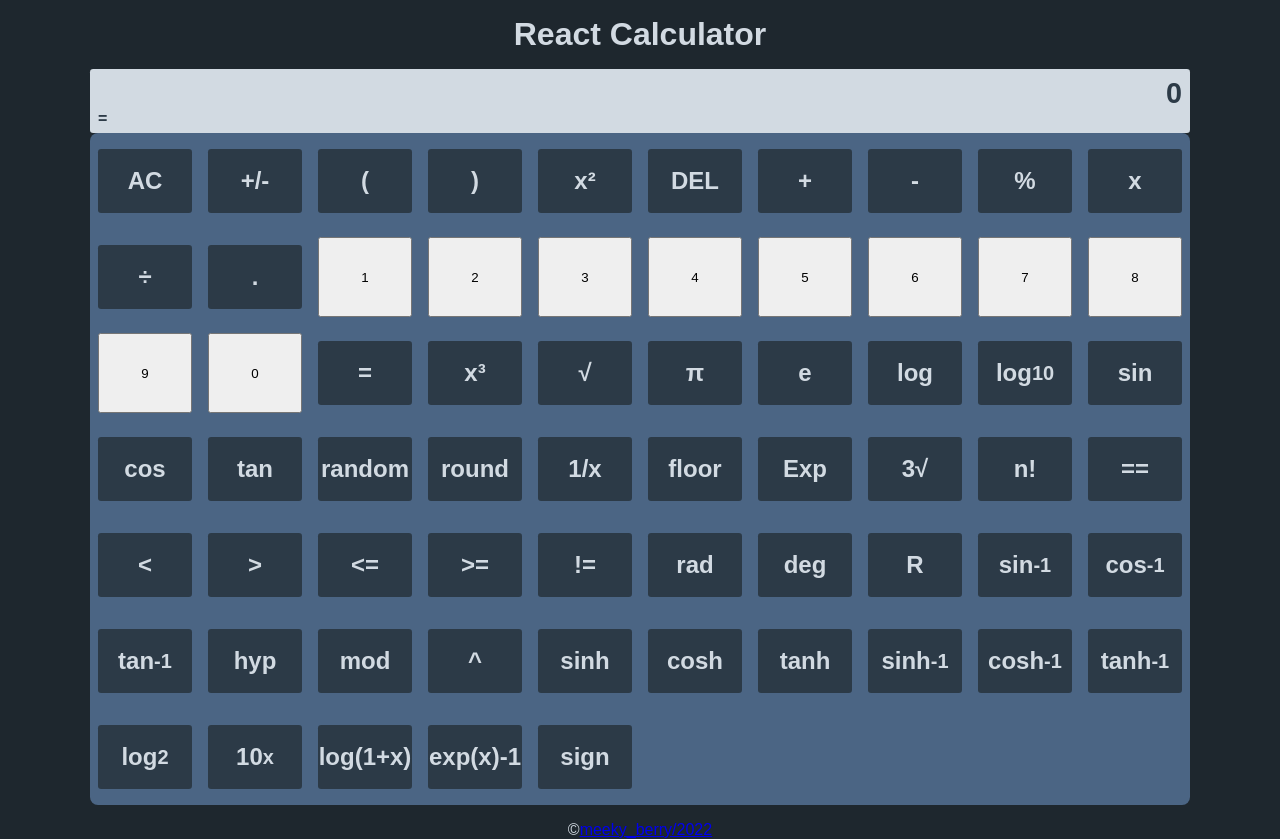
Repository: MikkyPrestige/calculator
Page: /
These files come from the project's save history. The page is drawn as it stood at one moment and after the next save; the edit follows.
The browser window is 1280 px wide. The pictures show the whole page.
The project was rebuilt for these pictures with package versions that can differ from the ones it lists, and the page was loaded fresh each time.

Above is the page before, as saved 2022-11-17 21:55:02.

### src/index.css
* {
 margin: 0;
 padding: 0;
 box-sizing: border-box;
}

body {
 font-family: 'Poppins', sans-serif;
 background: #1e272e;
}

.heading {
  color: #d2dae2;
  text-align: center;
  margin: 1rem;
}

.app-container {
 width: 100%;
 max-width: 1100px;
 margin: 1rem auto;
}

.display {
 background-color: #d2dae2;
 color: #2C3A47;
 height: 4rem;
 font-size: 1.8rem;
 font-weight: 700;
 display: flex;
 flex-direction: column;
 padding: .5rem;
 border-radius: .2rem;
}

.display-calc {
 display: flex;
 justify-content: flex-end;
 align-items: center;
}

.display-result {
 display: flex;
 justify-content: flex-start;
 align-items: center;
 font-size: 1rem;
 font-weight: 700;
}

.operators {
  display: grid;
  grid-template-columns: repeat(10, 1fr);
  grid-gap: 1rem;
  padding: .5rem;
  border-radius: .5rem;
  background-color: #4b6584;
  -webkit-border-radius: .5rem;
  -moz-border-radius: .5rem;
  -ms-border-radius: .5rem;
  -o-border-radius: .5rem;
}

.operator {
 background-color: #2C3A47;
 color: #d2dae2;
 font-size: 1.5rem;
 font-weight: 700;
 height: 4rem;
 display: flex;
 justify-content: center;
 align-items: center;
 border-radius: .2rem;
 border: none;
 margin: .5rem 0;
}
/*

.operator {
 background-color: #182C61;
 color: #d1d8e0;
 font-size: 1.2rem;
 font-weight: 400;
 padding: .5rem;
 border: none;
 cursor: pointer;
 border-radius: 20%;
 border: 2px solid #d2dae2;
 -webkit-border-radius: 20%;
 -moz-border-radius: 20%;
 -ms-border-radius: 20%;
 -o-border-radius: 20%;
}

.operator:hover {
 background-color: #273c75;
}

.operator:active {
 background-color: #485460;
}

.digit {
  font-size: 1.5rem;
  font-weight: 700;
  color: #2C3A47;
  cursor: pointer;
  background-color: #d2dae2;
  border: none;
  border-radius: 1rem;
  text-align: center;
  padding: .5rem;
  grid-column: 4 /7;
  grid-row: 2 / 4;
}

.digit:hover {
  background-color: #808e9b;
}

.digit:active {
  background-color: #485460;
}

.clear {
 background-color: #05c46b;
  grid-column: 1 / 3;
  grid-row: 1 / 2;
}

.delete {
 background-color: #ff3f34;
  grid-column: 9 / -1;
  grid-row: 1 / 2;
}

.equalTo {
 /* grid-row: 6 / span 2; */
 /* grid-column: 6; */
 /* background-color: #05c46b; */
 /* font-size: 2.5rem; */
 /* font-weight: 700; */
/* } */

.cube {
 /* grid-row: 3; */
}

.sqrt {
 /* grid-row: 4; */
}

.exponent {
 /* grid-row: 5; */
}

.pie {
 /* grid-row: 5; */
}

.log {
 /* grid-row: 3; */
}

.logTen {
 /* grid-row: 4; */
}

.sin {
 /* grid-row: 3; */
}

.tan {
 /* grid-row: 4; */
}

.cos  {
 /* grid-row: 5; */
}

.zero {
 /* grid-row: 6; */
 /* grid-column: 5; */
}

.attribution {
  color: #d2dae2;
  text-align: center;
}

### src/App.js
import React from 'react';
import { useState } from 'react';

function App() {
  // DECLARE A NEW STATE VARIABLE
  const [calc, setCalc] = useState("");
  const [result, setResult] = useState("");

  // OPERATORS VARIABLE IS AN ARRAY OF OPERATORS THAT WILL BE USED TO CHECK IF THE USER IS TRYING TO ENTER AN OPERATOR OR NOT
  const ops = ["+", "-", "*", "/", ".", "<", ">", "<=", ">=", "±", "%", "!="];

  // UPDATE CALC STATE VARIABLE WITH THE VALUE OF THE BUTTON THAT WAS CLICKED
  const updateCalc = value => {
    if (
      (ops.includes(value) && calc === "") || // IF THE VALUE IS AN OPERATOR AND THE CALC STATE VARIABLE IS EMPTY
      (ops.includes(value) && ops.includes(calc.slice(-1))) // IF THE VALUE IS AN OPERATOR AND THE LAST CHARACTER OF THE CALC STATE VARIABLE IS ALSO AN OPERATOR
    ) {
      return;
    }

    setCalc(calc + value);  // UPDATE THE CALC STATE VARIABLE WITH THE VALUE OF THE BUTTON THAT WAS CLICKED

    if (!ops.includes(value)) {  // IF THE VALUE IS NOT AN OPERATOR
      setResult(eval(calc + value).toString());   // EVALUATE THE CALC STATE VARIABLE AND UPDATE THE RESULT STATE VARIABLE
    }
  };

  // CREATE CLEAR FUNCTION
  const clear = () => {
    setCalc("");    // SET CALC STATE VARIABLE TO EMPTY
    setResult("");  // SET RESULT STATE VARIABLE TO EMPTY
  };

  // CREATE DELETE FUNCTION
  const del = () => {
    if (calc === "") {
      return;
    }
    const value = calc.slice(0, -1);  // REMOVE THE LAST CHARACTER OF THE CALC STATE VARIABLE
    setCalc(value);  // UPDATE THE CALC STATE VARIABLE
  };

  // CREATE EVALUATE FUNCTION
  const calculate = () => {
    setCalc(eval(calc).toString());  // EVALUATE THE CALC STATE VARIABLE AND UPDATE THE CALC STATE VARIABLE
    setResult("");  // SET RESULT STATE VARIABLE TO EMPTY
  };

  // CREATE PERCENTAGE FUNCTION
  const percentage = () => {
    if (calc === "") {
      return;
    }
    const value = parseFloat(calc);   // CONVERT THE CALC STATE VARIABLE TO A FLOAT
    if (value === 0) {
      return;
    }
    setCalc((value / 100).toString());  // DIVIDE THE CALC STATE VARIABLE BY 100 AND UPDATE THE CALC STATE VARIABLE
  };

  // CREATE POSITIVE/NEGATIVE FUNCTION
  const posNeg = () => {
    if (calc === "") {
      return;
    }
    const value = parseFloat(calc);
    if (value === 0) {
      return;
    }
    setCalc((value * -1).toString());  // MULTIPLY THE CALC STATE VARIABLE BY -1 AND UPDATE THE CALC STATE VARIABLE
  };

  // CREATE BRACKET FUNCTION
  const bracket = value => {
    if (calc === "" && value === "(" && ")") { // IF THE CALC STATE VARIABLE IS EMPTY AND THE VALUE IS "(" && ")"
      setCalc(calc + value);
      return;
    }
    setCalc(calc + value);  // UPDATE THE CALC STATE VARIABLE WITH THE VALUE OF THE BUTTON THAT WAS CLICKED
  };

  // CREATE SQUARE FUNCTION
  const square = () => {
    if (calc === "") {
      return;
    }
    const value = parseFloat(calc);
    if (value === 0) {
      return;
    }
    setCalc((value * value).toString());  // MULTIPLY THE CALC STATE VARIABLE BY ITSELF AND UPDATE THE CALC STATE VARIABLE
  };

  // CREATE A CUBE FUNCTION
  const cube = () => {
    if (calc === "") {
      return;
    }
    const value = parseFloat(calc);
    if (value === 0) {
      return;
    }
    setCalc((value * value * value).toString());  // MULTIPLY THE CALC STATE VARIABLE BY ITSELF THREE TIMES AND UPDATE THE CALC STATE VARIABLE
  };

  // CREATE SQUARE ROOT FUNCTION
  const squareRoot = () => {
    if (calc === "") {
      return;
    }
    const value = parseFloat(calc);
    if (value === 0) {
      return;
    }
    setCalc(Math.sqrt(value).toString());  // CALCULATE THE SQUARE ROOT OF THE CALC STATE VARIABLE AND UPDATE THE CALC STATE VARIABLE
  };

  // CREATE PI FUNCTION
  const pi = () => {
    if (calc === "") {
      return;
    }
    const value = parseFloat(calc);
    if (value === 0) {
      return;
    }
    setCalc((value * 3.141592653589793).toString());  // MULTIPLY THE CALC STATE VARIABLE BY PI AND UPDATE THE CALC STATE VARIABLE
  };

  // CREATE E FUNCTION
  const e = () => {
    if (calc === "") {
      return;
    }
    const value = parseFloat(calc);
    if (value === 0) {
      return;
    }
    setCalc((value * 2.718281828459045).toString());  // MULTIPLY THE CALC STATE VARIABLE BY E AND UPDATE THE CALC STATE VARIABLE
  };

  // CREATE LOG FUNCTION
  const log = () => {
    if (calc === "") {
      return;
    }
    const value = parseFloat(calc);
    if (value === 0) {
      return;
    }
    setCalc(Math.log(value).toString());  // CALCULATE THE LOGARITHM OF THE CALC STATE VARIABLE AND UPDATE THE CALC STATE VARIABLE
  };

  // CREATE BASE 10 LOG FUNCTION
  const log10 = () => {
    if (calc === "") {
      return;
    }
    const value = parseFloat(calc);
    if (value === 0) {
      return;
    }
    setCalc(Math.log10(value).toString());  // CALCULATE THE BASE 10 LOGARITHM OF THE CALC STATE VARIABLE AND UPDATE THE CALC STATE VARIABLE
  };

  // CREATE BASE 2 LOG FUNCTION
  const log2 = () => {
    if (calc === "") {
      return;
    }
    const value = parseFloat(calc);
    if (value === 0) {
      return;
    }
    setCalc(Math.log2(value).toString());  // CALCULATE THE BASE 2 LOGARITHM OF THE CALC STATE VARIABLE AND UPDATE THE CALC STATE VARIABLE
  };

  // CREATE LOG1P FUNCTION
  const log1p = () => {
    if (calc === "") {
      return;
    }
    const value = parseFloat(calc);
    if (value === 0) {
      return;
    }
    setCalc(Math.log1p(value).toString());  // CALCULATE THE LOGARITHM OF THE CALC STATE VARIABLE PLUS 1 AND UPDATE THE CALC STATE VARIABLE
  };

  // CREATE EXPONENTIAL -1 FUNCTION
  const expm1 = () => {
    if (calc === "") {
      return;
    }
    const value = parseFloat(calc);
    if (value === 0) {
      return;
    }
    setCalc(Math.expm1(value).toString());  // CALCULATE THE EXPONENTIAL OF THE CALC STATE VARIABLE MINUS 1 AND UPDATE THE CALC STATE VARIABLE
  };

  // CREATE SIGN FUNCTION
  const sign = () => {
    if (calc === "") {
      return;
    }
    const value = parseFloat(calc);
    if (value === 0) {
      return;
    }
    setCalc(Math.sign(value).toString());  // CALCULATE THE SIGN OF THE CALC STATE VARIABLE AND UPDATE THE CALC STATE VARIABLE
  };

  // CREATE RAISE TO POWER 10 FUNCTION
  const pow10 = () => {
    if (calc === "") {
      return;
    }
    const value = parseFloat(calc);
    if (value === 0) {
      return;
    }
    setCalc(Math.pow(10, value).toString());  // RAISE 10 TO THE POWER OF THE CALC STATE VARIABLE AND UPDATE THE CALC STATE VARIABLE
  };

  // CREATE SIN FUNCTION
  const sin = () => {
    if (calc === "") {
      return;
    }
    const value = parseFloat(calc);
    if (value === 0) {
      return;
    }
    setCalc(Math.sin(value).toString());  // CALCULATE THE SINE OF THE CALC STATE VARIABLE AND UPDATE THE CALC STATE VARIABLE
  };

  // CREATE COS FUNCTION
  const cos = () => {
    if (calc === "") {
      return;
    }
    const value = parseFloat(calc);
    if (value === 0) {
      return;
    }
    setCalc(Math.cos(value).toString());  // CALCULATE THE COSINE OF THE CALC STATE VARIABLE AND UPDATE THE CALC STATE VARIABLE
  };

  // CREATE TAN FUNCTION
  const tan = () => {
    if (calc === "") {
      return;
    }
    const value = parseFloat(calc);
    if (value === 0) {
      return;
    }
    setCalc(Math.tan(value).toString());  // CALCULATE THE TANGENT OF THE CALC STATE VARIABLE AND UPDATE THE CALC STATE VARIABLE
  };

  // CREATE INVERSE SIN FUNCTION
  const asin = () => {
    if (calc === "") {
      return;
    }
    const value = parseFloat(calc);
    if (value === 0) {
      return;
    }
    setCalc(Math.asin(value).toString());  // CALCULATE THE INVERSE SINE OF THE CALC STATE VARIABLE AND UPDATE THE CALC STATE VARIABLE
  };

  // CREATE INVERSE COS FUNCTION
  const acos = () => {
    if (calc === "") {
      return;
    }
    const value = parseFloat(calc);
    if (value === 0) {
      return;
    }
    setCalc(Math.acos(value).toString());  // CALCULATE THE INVERSE COSINE OF THE CALC STATE VARIABLE AND UPDATE THE CALC STATE VARIABLE
  };

  // CREATE INVERSE TAN FUNCTION
  const atan = () => {
    if (calc === "") {
      return;
    }
    const value = parseFloat(calc);
    if (value === 0) {
      return;
    }
    setCalc(Math.atan(value).toString());  // CALCULATE THE INVERSE TANGENT OF THE CALC STATE VARIABLE AND UPDATE THE CALC STATE VARIABLE
  };

  // CREATE SINH FUNCTION
  const sinh = () => {
    if (calc === "") {
      return;
    }
    const value = parseFloat(calc);
    if (value === 0) {
      return;
    }
    setCalc(Math.sinh(value).toString());  // CALCULATE THE HYPERBOLIC SINE OF THE CALC STATE VARIABLE AND UPDATE THE CALC STATE VARIABLE
  };

  // CREATE COSH FUNCTION
  const cosh = () => {
    if (calc === "") {
      return;
    }
    const value = parseFloat(calc);
    if (value === 0) {
      return;
    }
    setCalc(Math.cosh(value).toString());  // CALCULATE THE HYPERBOLIC COSINE OF THE CALC STATE VARIABLE AND UPDATE THE CALC STATE VARIABLE
  };

  // CREATE TANH FUNCTION
  const tanh = () => {
    if (calc === "") {
      return;
    }
    const value = parseFloat(calc);
    if (value === 0) {
      return;
    }
    setCalc(Math.tanh(value).toString());  // CALCULATE THE HYPERBOLIC TANGENT OF THE CALC STATE VARIABLE AND UPDATE THE CALC STATE VARIABLE
  };

  // CREATE INVERSE SINH FUNCTION
  const asinh = () => {
    if (calc === "") {
      return;
    }
    const value = parseFloat(calc);
    if (value === 0) {
      return;
    }
    setCalc(Math.asinh(value).toString());  // CALCULATE THE INVERSE HYPERBOLIC SINE OF THE CALC STATE VARIABLE AND UPDATE THE CALC STATE VARIABLE
  };

  // CREATE INVERSE COSH FUNCTION
  const acosh = () => {
    if (calc === "") {
      return;
    }
    const value = parseFloat(calc);
    if (value === 0) {
      return;
    }
    setCalc(Math.acosh(value).toString());  // CALCULATE THE INVERSE HYPERBOLIC COSINE OF THE CALC STATE VARIABLE AND UPDATE THE CALC STATE VARIABLE
  };

  // CREATE INVERSE TANH FUNCTION
  const atanh = () => {
    if (calc === "") {
      return;
    }
    const value = parseFloat(calc);
    if (value === 0) {
      return;
    }
    setCalc(Math.atanh(value).toString());  // CALCULATE THE INVERSE HYPERBOLIC TANGENT OF THE CALC STATE VARIABLE AND UPDATE THE CALC STATE VARIABLE
  };

  // CREATE HYPOTENUSE FUNCTION
  const hyp = () => {
    if (calc === "") {
      return;
    }
    const value = parseFloat(calc);
    if (value === 0) {
      return;
    }
    setCalc(Math.hypot(value).toString());  // CALCULATE THE HYPOTENUSE OF THE CALC STATE VARIABLE AND UPDATE THE CALC STATE VARIABLE
  };


  // CREATE RADIAN FUNCTION
  const radian = () => {
    if (calc === "") {
      return;
    }
    const value = parseFloat(calc);
    if (value === 0) {
      return;
    }
    setCalc((value * 0.017453292519943295).toString());  // MULTIPLY THE CALC STATE VARIABLE BY RADIAN AND UPDATE THE CALC STATE VARIABLE
  };

  // CREATE DEGREE FUNCTION
  const degree = () => {
    if (calc === "") {
      return;
    }
    const value = parseFloat(calc);
    if (value === 0) {
      return;
    }
    setCalc((value * 57.29577951308232).toString());  // MULTIPLY THE CALC STATE VARIABLE BY DEGREE AND UPDATE THE CALC STATE VARIABLE
  };

  // CREATE RADIUS FUNCTION
  const radius = () => {
    if (calc === "") {
      return;
    }
    const value = parseFloat(calc);
    if (value === 0) {
      return;
    }
    setCalc((value * 0.5).toString());  // MULTIPLY THE CALC STATE VARIABLE BY RADIUS AND UPDATE THE CALC STATE VARIABLE
  };

  // CREATE RECIPROCAL/INVERSE FUNCTION
  const reciprocal = () => {
    if (calc === "") {
      return;
    }
    const value = parseFloat(calc);
    if (value === 0) {
      return;
    }
    setCalc((1 / value).toString());  // DIVIDE 1 BY THE CALC STATE VARIABLE AND UPDATE THE CALC STATE VARIABLE
  };

  // CREATE RANDOM FUNCTION
  const random = () => {
    if (calc === "") {
      return;
    }
    const value = parseFloat(calc);
    if (value === 0) {
      return;
    }
    setCalc(Math.random(value).toString());  // RANDOMLY GENERATE A NUMBER AND UPDATE THE CALC STATE VARIABLE
  };

  // CREATE ROUND FUNCTION
  const round = () => {
    if (calc === "") {
      return;
    }
    const value = parseFloat(calc);
    if (value === 0) {
      return;
    }
    setCalc(Math.round(value).toString());  // ROUND THE CALC STATE VARIABLE AND UPDATE THE CALC STATE VARIABLE
  };

  // CREATE FLOOR FUNCTION
  const floor = () => {
    if (calc === "") {
      return;
    }
    const value = parseFloat(calc);
    if (value === 0) {
      return;
    }
    setCalc(Math.floor(value).toString());  // FLOOR OF THE CALC STATE VARIABLE AND UPDATE THE CALC STATE VARIABLE
  };

  // CREATE EXPONENTIAL FUNCTION
  const exponential = () => {
    if (calc === "") {
      return;
    }
    const value = parseFloat(calc);
    if (value === 0) {
      return;
    }
    setCalc(Math.exp(value).toString());  // EXPONENTIAL OF THE CALC STATE VARIABLE AND UPDATE THE CALC STATE VARIABLE
  };

  // CREATE CUBE ROOT FUNCTION
  const cubeRoot = () => {
    if (calc === "") {
      return;
    }
    const value = parseFloat(calc);
    if (value === 0) {
      return;
    }
    setCalc(Math.cbrt(value).toString());  // CUBE ROOT OF THE CALC STATE VARIABLE AND UPDATE THE CALC STATE VARIABLE
  };

  // CREATE FACTORIAL FUNCTION
  const factorial = () => {
    if (calc === "") {
      return;
    }
    const value = parseFloat(calc);
    if (value === 0) {
      return;
    }
    setCalc(factorialize(value).toString());  // FACTORIAL OF THE CALC STATE VARIABLE AND UPDATE THE CALC STATE VARIABLE
  };

  // CREATE FACTORIAL FUNCTION
  const factorialize = (num) => {
    if (num < 0) {
      return -1;
    } else if (num === 0) {
      return 1;
    } else {
      return num * factorialize(num - 1);
    }
  };

  // CREATE DIGITS FUNCTION
  const createDigits = () => {
    const digits = []; // CREATE DIGITS ARRAY
    for (let i = 1; i < 10; i++) { // LOOP THROUGH DIGITS 1-9
      digits.push(i); // PUSH NUMBERS 1-9 TO DIGITS ARRAY
    }
    return digits;
  };

  //RETURN THE CALCULATOR SCREEN AND BUTTONS
  return (
    <div className='app'>
      <header>
        <h1 className='heading'>React Calculator</h1>
      </header>
      <div className='app-container'>
        <div className='display'>
          <div className='display-calc'>
            {calc || "0"}  {/* DISPLAY CALC STATE VARIABLE OR 0 */}
          </div>
          <div className='display-result'>
            = {result}  {/* DISPLAY RESULT STATE VARIABLE */}
          </div>
        </div>
        <div className='operators'>
          <button onClick={clear} className='operator clear'>AC</button>
          <button onClick={posNeg} className='operator'>+/-</button>
          <button onClick={() => bracket('(')} className='operator'>(</button>
          <button onClick={() => bracket(')')} className='operator'>)</button>
          <button onClick={square} className='operator'>x²</button>
          <button onClick={del} className='operator delete'>DEL</button>
          <button onClick={() => updateCalc('+')} className='operator'>+</button>
          <button onClick={() => updateCalc('-')} className='operator'>-</button>
          <button onClick={percentage} className='operator'>%</button>
          <button onClick={() => updateCalc('*')} className='operator'>x</button>
          <button onClick={() => updateCalc('/')} className='operator'>÷</button>
          <button onClick={() => updateCalc('.')} className='operator'>.</button>
          {createDigits().map((digit) => (
            <button onClick={() => updateCalc(digit.toString())} className='digit' key={digit}>{digit}</button> // CREATE DIGITS BUTTONS AND MAP THROUGH DIGITS ARRAY TO DISPLAY DIGITS 1-9 ON BUTTONS
          ))}
          <button onClick={() => updateCalc('0')} className='zero digit'>0</button>
          <button onClick={calculate} className='operator equalTo'>=</button>
          <button onClick={cube} className='operator cube'>x³</button>
          <button onClick={squareRoot} className='operator sqrt'>√</button>
          <button onClick={pi} className='operator pie'>π</button>
          <button onClick={e} className='operator exponent'>e</button>
          <button onClick={log} className='operator log'>log</button>
          <button onClick={log10} className='operator logTen'>log<sub>10</sub></button>
          <button onClick={sin} className='operator sin'>sin</button>
          <button onClick={cos} className='operator cos'>cos</button>
          <button onClick={tan} className='operator tan'>tan</button>
          <button onClick={random} className='operator'>random</button>
          <button onClick={round} className='operator'>round</button>
          <button onClick={reciprocal} className='operator'>1/x</button>
          <button onClick={floor} className='operator'>floor</button>
          <button onClick={exponential} className='operator'>Exp</button>
          <button onClick={cubeRoot} className='operator'>3√</button>
          <button onClick={factorial} className='operator'>n!</button>
          <button onClick={() => updateCalc('==')} className='operator'>==</button>
          <button onClick={() => updateCalc('<')} className='operator'>{'<'}</button>
          <button onClick={() => updateCalc('>')} className='operator'>{'>'}</button>
          <button onClick={() => updateCalc('<=')} className='operator'>{'<='}</button>
          <button onClick={() => updateCalc('>=')} className='operator'>{'>='}</button>
          <button onClick={() => updateCalc('!=')} className='operator'>{'!='}</button>
          <button onClick={radian} className='operator'>rad</button>
          <button onClick={degree} className='operator'>deg</button>
          <button onClick={radius} className='operator'>R</button>
          <button onClick={asin} className='operator'>sin<sup>-1</sup></button>
          <button onClick={acos} className='operator'>cos<sup>-1</sup></button>
          <button onClick={atan} className='operator'>tan<sup>-1</sup></button>
          <button onClick={hyp} className='operator'>hyp</button>
          <button onClick={() => updateCalc('%')} className='operator'>mod</button>
          <button onClick={() => updateCalc('**')} className='operator'>^</button>
          <button onClick={sinh} className='operator'>sinh</button>
          <button onClick={cosh} className='operator'>cosh</button>
          <button onClick={tanh} className='operator'>tanh</button>
          <button onClick={asinh} className='operator'>sinh<sup>-1</sup></button>
          <button onClick={acosh} className='operator'>cosh<sup>-1</sup></button>
          <button onClick={atanh} className='operator'>tanh<sup>-1</sup></button>
          <button onClick={log2} className='operator'>log<sub>2</sub></button>
          <button onClick={pow10} className='operator'>10<sup>x</sup></button>
          <button onClick={log1p} className='operator'>log(1+x)</button>
          <button onClick={expm1} className='operator'>exp(x)-1</button>
          <button onClick={sign} className='operator'>sign</button>
        </div>
      </div>
      <footer className='attribution'>&copy;<a meeky_berry href="https://github.com/MeekyBerry" target="_blank" rel="noreferrer">meeky_berry/2022</a></footer>
    </div>
  );
}

// EXPORT APP
export default App;

Loaded but not shown: public/index.html (common file); src/index.js (common file)

After the next save:
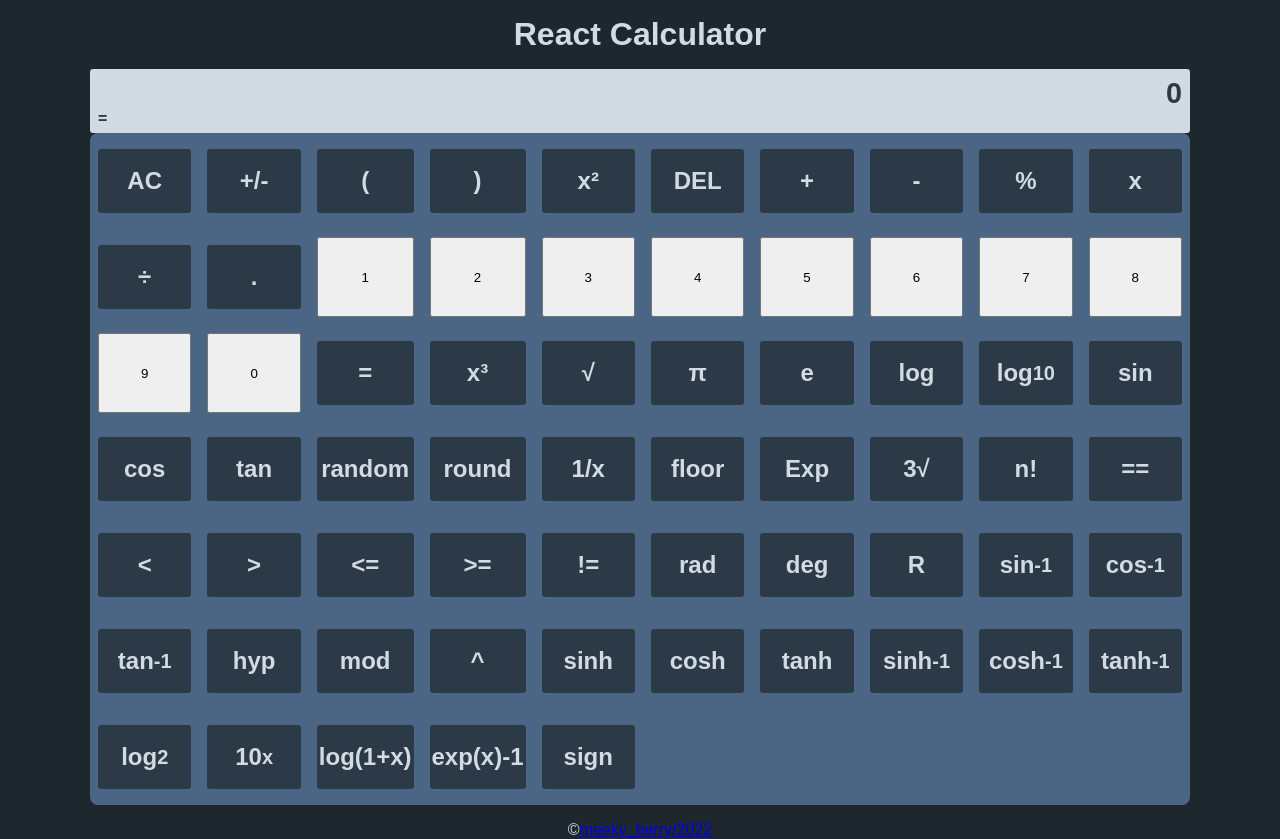
Saved 19 s later.
--- a/src/index.css
+++ b/src/index.css
@@ -70,7 +70,7 @@ body {
  justify-content: center;
  align-items: center;
  border-radius: .2rem;
- border: none;
+ border: 2px solid #2C3A47;
  margin: .5rem 0;
 }
 /*
